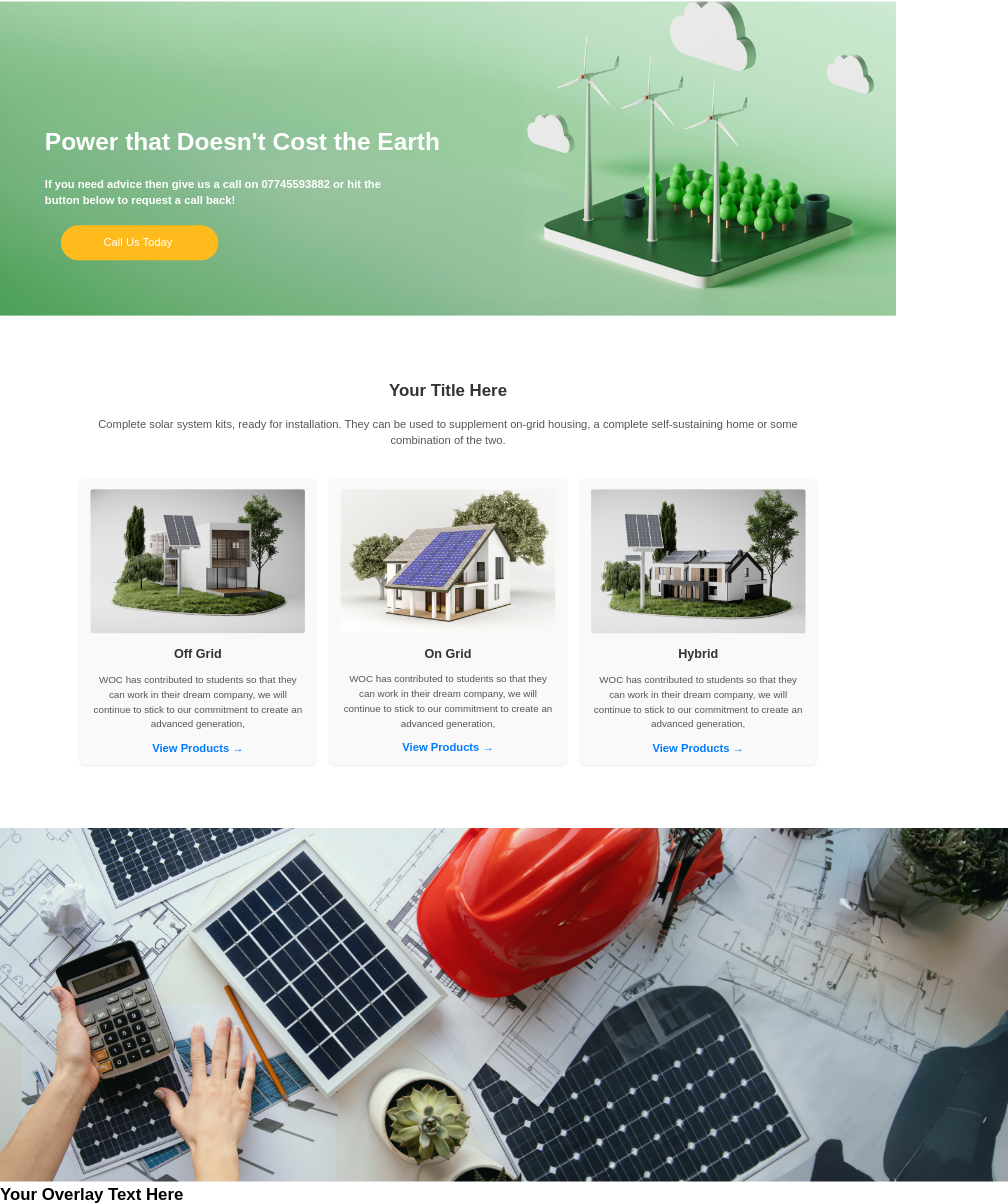
Repository: MaramNabil872/Landing-Page
Page: landingPage.html
An editor plug-in stored every save of this project. The page is shown before and after a run of saves, followed by the edit.
The browser window is 1280 px wide. The page is 1440 px wide, then 1280 px, so the pictures cover 1440 px, including what lies to the right of the window. The pictures show the part of the page from y = 1427 to 3147 px (the page is 3147 px tall before and 3062 px after), at 70% of full size.

Above is the page before, as saved 2024-10-20 22:13:47.

After the next 2 saves:
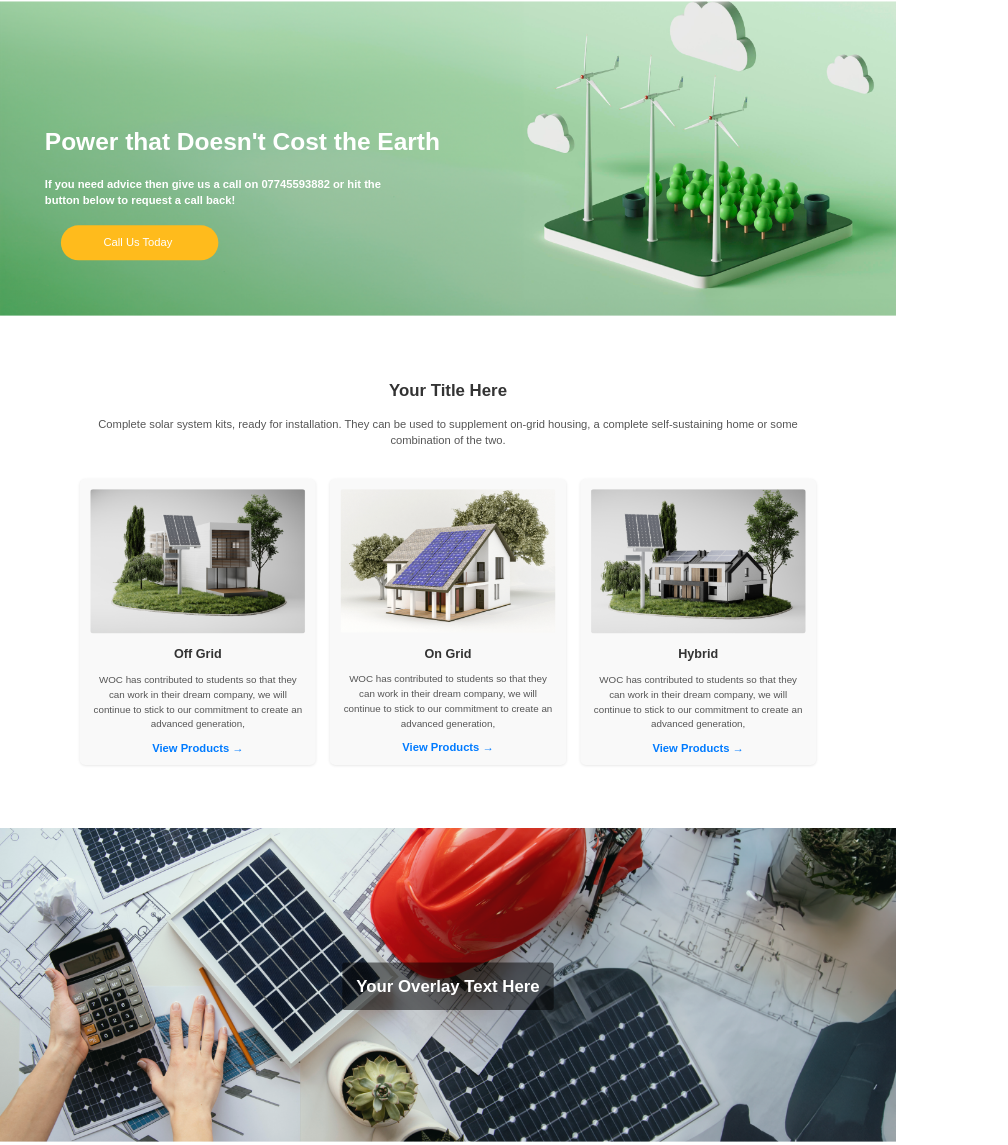
The 2 saves are shown as one change because they came seconds apart.
The last was saved 5 s later.
--- a/landingPage.css
+++ b/landingPage.css
@@ -293,4 +293,27 @@ font-size: 35px;
     }
 }
 
-forth css
+/* forth css */
+
+.full-width-image {
+    position: relative;
+    width: 100%;
+    overflow: hidden; /* Ensure no overflow from the image */
+}
+
+.full-width-image img {
+    width: 100%; /* Make image take full width */
+    height: auto; /* Maintain aspect ratio */
+}
+
+.overlay-text {
+    position: absolute;
+    top: 50%; /* Center the text vertically */
+    left: 50%; /* Center the text horizontally */
+    transform: translate(-50%, -50%); /* Offset for centering */
+    color: white; /* Text color */
+    text-align: center; /* Center text alignment */
+    padding: 20px; /* Optional: padding around the text */
+    background-color: rgba(0, 0, 0, 0.5); /* Semi-transparent background for readability */
+    border-radius: 4px; /* Optional: rounded corners */
+}
